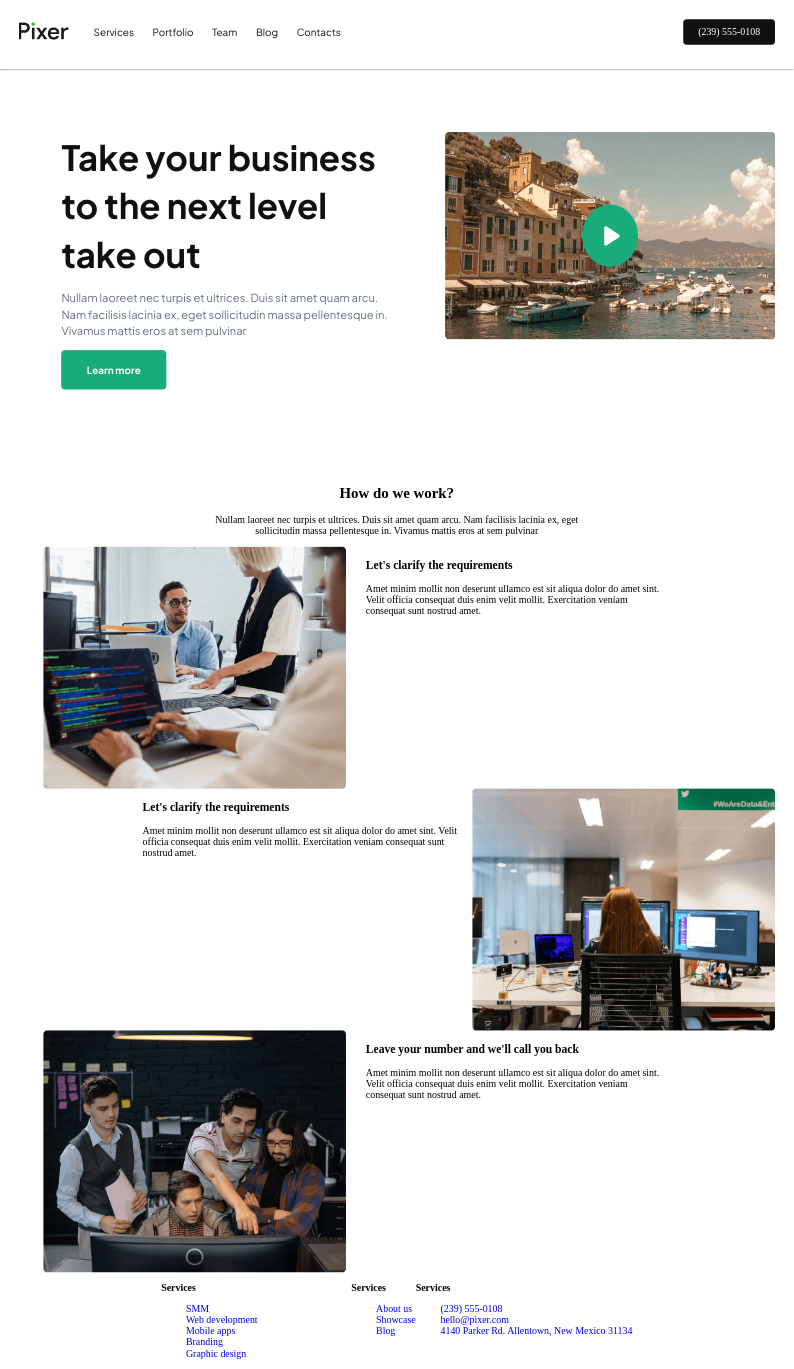
Repository: UlugbekAbdurasulov/pixar
Page: index.html
These files come from the project's save history. The page is drawn as it stood at one moment and after the next save; the edit follows.
The browser window is 1280 px wide. The pictures show the whole page, at 62% of full size.

Above is the page before, as saved 2023-06-05 02:11:26.

### index.html
<!DOCTYPE html>
<html lang="en">
  <head>
    <meta charset="UTF-8" />
    <meta http-equiv="X-UA-Compatible" content="IE=edge" />
    <meta name="viewport" content="width=device-width, initial-scale=1.0" />

    <link rel="stylesheet" href="./css/main.css" />
    <title>Imthon</title>
  </head>
  <body>
    <header class="navbar">
      <div class="container">
        <div class="navbar-box">
          <div class="navvar-right">
            <a href="#"
              ><img
                src="./image/logo.svg"
                width="81"
                height="28"
                alt="pixer campaign lagatip"
            /></a>

            <nav class="navbar-naving">
              <ul class="navvar-helper">
                <li class="navbar-menu">
                  <a class="navbar-menu-link" href="#"><p>Services</p></a>
                </li>
                <li class="navbar-menu">
                  <a class="navbar-menu-link" href="#"><p>Portfolio</p></a>
                </li>
                <li class="navbar-menu">
                  <a class="navbar-menu-link" href="#"><p>Team</p></a>
                </li>
                <li class="navbar-menu">
                  <a class="navbar-menu-link" href="#"><p>Blog</p></a>
                </li>
                <li class="navbar-menu">
                  <a class="navbar-menu-link" href="#"><p>Contacts</p></a>
                </li>
              </ul>
            </nav>
          </div>
          <div class="navbar-link">
            <a class="navbar-enker" href="tel:2395550108">(239) 555-0108 </a>
          </div>
        </div>
      </div>
    </header>
    <hr />


        <div class="container">
            <div  class="hero">
                <div class="hero-wrapper">
                    <div class="hero-wrapper-information">
                        <h1 class="hero-wrapper-footer">
                            Take your   business to the next level take out
                        </h1>
                        <p class="hero-wrapper-text">
                            Nullam laoreet nec turpis et ultrices. Duis sit amet quam arcu. Nam facilisis lacinia ex, eget sollicitudin massa pellentesque in. Vivamus mattis eros at sem pulvinar
                        </p>
                       <a class="hero-wrapper-enker" href="#">Learn more</a>
                    </div>
                    <img src="./image/You-Tube.png" width="532" height="334" alt="">
                </div>
            </div>
</div>
    </menu>
    <section>
    <!-- text -->
    </section>


  <section>
    <div class="container">

      <div class="Services">
        <h2>How do we work?</h2>
        <p>Nullam laoreet nec turpis et ultrices. Duis sit amet quam arcu. Nam facilisis lacinia ex, eget sollicitudin massa pellentesque in. Vivamus mattis eros at sem pulvinar</p>
      </div>
   <ul>
    <li class="services-work"><img src="./image/lissining.png" alt=""> <div class="Services-cantent"><h3>Let's clarify the requirements</h3> <p> Amet minim mollit non deserunt ullamco est sit aliqua dolor do amet sint. Velit officia consequat duis enim velit mollit. Exercitation veniam consequat sunt nostrud amet. </p></div></li>
    <li class="services-work roower"><img src="./image/work.png" alt=""> <div class="Services-cantent cantent"><h3>Let's clarify the requirements</h3> <p> Amet minim mollit non deserunt ullamco est sit aliqua dolor do amet sint. Velit officia consequat duis enim velit mollit. Exercitation veniam consequat sunt nostrud amet. </p></div></li>
    <li class="services-work"><img src="./image/team.png" alt=""> <div class="Services-cantent"><h3>Leave your number and we'll call you back</h3> <p> Amet minim mollit non deserunt ullamco est sit aliqua dolor do amet sint. Velit officia consequat duis enim velit mollit. Exercitation veniam consequat sunt nostrud amet. </p></div></li>
   </ul>
    </div>
  </section>

  <footer>


      <div class="sayt-footer-start">

        <div class="container">
<div class="sayt-footer-start-box">
  <div class="sayt-footer-start-services">
    <strong>Services</strong>
    <ul>
      <li><a href="#"> SMM </a></li>
      <li><a href="#"> Web development</a></li>
      <li><a href="#"> Mobile apps </a></li>
      <li><a href="#"> Branding </a></li>
      <li><a href="#"> Graphic design </a></li>
    </ul>

  </div>
  <div class="sayt-footer-start-Resources">
    <strong>Services</strong>
    <ul>
      <li><a href="#">About us</a></li>
      <li><a href="#">Showcase</a></li>
      <li><a href="#">Blog</a></li>
    </ul>

  </div>

  <div class="sayt-footer-start-Connect">
    <strong>Services</strong>
    <ul>
      <li><a href="#">(239) 555-0108</a></li>
      <li><a href="#">hello@pixer.com</a></li>
      <li><a href="#">4140 Parker Rd. Allentown, New Mexico 31134</a></li>

    </ul>

  </div>
<!-- </div> -->

        </div>

      </div>
      <div class="sayt-footer-bottom">
        <div class="container"></div>
      </div>

  </footer>
  </body>
</html>

### css/main.css
/* plus-jakarta-sans-regular - latin */
@font-face {
  font-display: swap; /* Check https://developer.mozilla.org/en-US/docs/Web/CSS/@font-face/font-display for other options. */
  font-family: "Plus Jakarta Sans";
  font-style: normal;
  font-weight: 400;
  src: url("../fontFamly/plus-jakarta-sans-v7-latin-regular.woff2")
      format("woff2"),
    /* Chrome 36+, Opera 23+, Firefox 39+, Safari 12+, iOS 10+ */
      url("../fontFamly/plus-jakarta-sans-v7-latin-regular.woff") format("woff"); /* Chrome 5+, Firefox 3.6+, IE 9+, Safari 5.1+, iOS 5+ */
}

@font-face {
  font-display: swap; /* Check https://developer.mozilla.org/en-US/docs/Web/CSS/@font-face/font-display for other options. */
  font-family: "Plus Jakarta Sans";
  font-style: italic;
  font-weight: 500;
  src: url("../fontFamly/plus-jakarta-sans-v7-latin-500italic.woff2")
      format("woff2"),
    /* Chrome 36+, Opera 23+, Firefox 39+, Safari 12+, iOS 10+ */
      url("../fontFamly/plus-jakarta-sans-v7-latin-500italic.woff")
      format("woff"); /* Chrome 5+, Firefox 3.6+, IE 9+, Safari 5.1+, iOS 5+ */
}

@font-face {
  font-display: swap; /* Check https://developer.mozilla.org/en-US/docs/Web/CSS/@font-face/font-display for other options. */
  font-family: "Plus Jakarta Sans";
  font-style: normal;
  font-weight: 600;
  src: url("../fontFamly/plus-jakarta-sans-v7-latin-600.woff2") format("woff2"),
    /* Chrome 36+, Opera 23+, Firefox 39+, Safari 12+, iOS 10+ */
      url("../fontFamly/plus-jakarta-sans-v7-latin-600.woff") format("woff"); /* Chrome 5+, Firefox 3.6+, IE 9+, Safari 5.1+, iOS 5+ */
}

@font-face {
  font-display: swap; /* Check https://developer.mozilla.org/en-US/docs/Web/CSS/@font-face/font-display for other options. */
  font-family: "Plus Jakarta Sans";
  font-style: normal;
  font-weight: 700;
  src: url("../fontFamly/plus-jakarta-sans-v7-latin-700.woff2") format("woff2"),
    /* Chrome 36+, Opera 23+, Firefox 39+, Safari 12+, iOS 10+ */
      url("../fontFamly/plus-jakarta-sans-v7-latin-700.woff") format("woff"); /* Chrome 5+, Firefox 3.6+, IE 9+, Safari 5.1+, iOS 5+ */
}

* {
  box-sizing: border-box;
  text-decoration: none;
  list-style: none;
}
body {
  margin: 0;
  padding: 0;
  background-color: #fff;
}
.container {
  width: 1260px;
  margin: 0px auto;
  padding: 0 20px;
}
.navbar-box {
  padding-top: 24px;
  padding-bottom: 24px;
  display: flex;
  justify-content: space-between;
  align-items: center;
  margin: 0;
}

.navvar-right {
  display: flex;
  justify-content: center;
  align-items: center;
  margin: 0;
}
.navvar-helper {
  display: flex;
  margin: 0;
}
.navbar-menu {
  margin-right: 30px;
}
.navbar-enker {
  color: #fff;
  margin: auto right;
  background: #101010;
  border-radius: 6px;
  padding: 12px 24px;
  margin-top: 24px;
}
.navbar-menu-link :hover {
  color: #1aab7b;
}
.navbar-menu-link :active {
  color: #1aab7b;
}

.hr {
  background: #ffffff;
  border-bottom: 1px solid #eeeef4;
}
.hero {
  padding-top: 91px;
  padding-bottom: 156px;
}
.hero-wrapper {
  display: flex;
  justify-content: space-between;
  margin: 0;
}
.hero-wrapper-information {
  width: 550px;
  margin: 0 auto;
}

.hero-wrapper-footer {
  font-family: "Plus Jakarta Sans";
  font-style: normal;
  font-weight: 700;
  font-size: 56px;
  line-height: 140%;
  color: #101010;
  margin: 0;
}
.hero-wrapper-text {
  font-family: "Plus Jakarta Sans";
  font-style: normal;
  font-weight: 400;
  font-size: 18px;
  line-height: 150%;
  color: #636f87;

  margin-bottom: 40px;
}

/* .navbar-link{
        margin: 0 auto;
        padding-top: 24px;
    } */
.navbar-menu-link {
  font-family: "Plus Jakarta Sans";
  font-style: normal;
  font-weight: 500;
  font-size: 16px;
  line-height: 150%;

  color: #101010;
}
.hero-wrapper-enker {
  font-family: "Plus Jakarta Sans";
  font-style: normal;
  font-weight: 700;
  font-size: 16px;
  line-height: 120%;

  text-align: center;
  padding: 20px 40px;
  color: #fff;
  border: 1px #1aab7b solid;
  background-color: #1aab7b;
  border-radius: 6px;
}

.hero-wrapper-enker:hover {
  background: #ffffff;
  border: 1.5px solid #1aab7b;
  border-radius: 6px;
  color: #1aab7b;
}
.hero-wrapper-enker :active {
  background-color: #1aab7b;
  opacity: 0.7;
  color: #fff;
}

.Services{
    width: 650px;
    /* margin: 0 auto; */

 margin: 0 auto;
text-align: center;
}
.services-work{
  display: flex;
}
.Services-cantent{
width: 488px;
margin-left: 32px;
}
.roower{
  flex-direction: row-reverse;
}
.cantent{
  width: 532px;
}
.sayt-footer-start-box{
  display: flex;
  justify-content: center;

}
.sayt-footer-start-services{
  margin-right: 151px;
}
.sayt-footer-start-Connect{
  margin: auto right;
}

### image/logo.svg
<svg width="81" height="28" viewBox="0 0 81 28" fill="none" xmlns="http://www.w3.org/2000/svg">
<path d="M0 27.3919V0.303287H9.34316C10.5077 0.295204 11.664 0.499932 12.7556 0.907471C13.7897 1.29072 14.742 1.86772 15.5618 2.6078C16.3947 3.36821 17.057 4.29789 17.5046 5.3351C17.9523 6.3723 18.175 7.49328 18.158 8.62358C18.1698 9.74744 17.9445 10.8611 17.497 11.8913C17.0496 12.9215 16.39 13.8449 15.5618 14.6008C14.7422 15.3412 13.7899 15.9182 12.7556 16.3011C11.6648 16.7088 10.5093 16.9139 9.34542 16.9065H4.25674V27.3862L0 27.3919ZM9.45604 12.8257C10.1017 12.8382 10.7431 12.7171 11.34 12.4697C11.8662 12.2485 12.3409 11.92 12.7341 11.5051C13.1055 11.1105 13.3993 10.649 13.5999 10.1448C13.7961 9.66446 13.8984 9.15069 13.9013 8.63152C13.8979 7.55157 13.4798 6.51456 12.7341 5.73642C12.3077 5.30129 11.7976 4.95789 11.2348 4.72715C10.672 4.49641 10.0684 4.38315 9.46056 4.39429H4.25674V12.8302L9.45604 12.8257Z" fill="#191919"/>
<path d="M21.4734 8.85371V27.3919H25.6556V8.85371H21.4734Z" fill="#191919"/>
<path d="M26.3611 2.83451C26.3674 3.20623 26.2989 3.57538 26.1598 3.91992C26.0208 4.26446 25.814 4.57731 25.5518 4.83977C25.2975 5.10879 24.9903 5.32169 24.6496 5.46494C24.3089 5.60819 23.9422 5.67864 23.573 5.6718V0.000627874C23.9422 -0.00592918 24.3088 0.0646457 24.6494 0.207876C24.9901 0.351106 25.2973 0.563865 25.5518 0.832657C25.8134 1.09484 26.0199 1.40716 26.1589 1.75105C26.2979 2.09495 26.3667 2.4634 26.3611 2.83451Z" fill="#35AF39"/>
<path d="M23.5696 0.000636352V5.67521C23.1955 5.68389 22.8238 5.61441 22.4779 5.47118C22.132 5.32795 21.8195 5.11409 21.5603 4.84318C21.2969 4.58076 21.0891 4.26751 20.9494 3.92231C20.8097 3.5771 20.7411 3.20708 20.7475 2.83452C20.7422 2.46314 20.8114 2.09449 20.9511 1.75055C21.0907 1.40662 21.2979 1.09445 21.5603 0.832666C21.8199 0.562198 22.1324 0.34864 22.4782 0.205443C22.824 0.0622456 23.1956 -0.00748732 23.5696 0.000636352Z" fill="#35AF39"/>
<path d="M34.8486 17.9709L28.481 8.85371H33.3417L37.3343 14.7176H37.4471L41.1722 8.85371H46.2203L39.7781 17.9709L46.3331 27.3919H41.3664L37.3726 21.3387H37.2598L33.2999 27.3919H28.3681L34.8486 17.9709Z" fill="#191919"/>
<path d="M65.2893 22.9653C64.4947 24.4194 63.3552 25.654 61.9717 26.5598C60.5419 27.5196 58.7843 27.9995 56.699 27.9995C55.3882 28.0133 54.088 27.7623 52.8757 27.2615C51.7354 26.7889 50.7032 26.0872 49.8426 25.1996C48.9783 24.302 48.2996 23.2413 47.8458 22.0789C47.3571 20.8192 47.1142 19.4769 47.1301 18.1251C47.1227 16.8268 47.3523 15.5382 47.8074 14.3231C48.2358 13.1637 48.8815 12.0975 49.7094 11.182C50.5737 10.2405 51.6261 9.49271 52.7979 8.98757C53.9696 8.48244 55.2344 8.23133 56.5094 8.25066C57.9392 8.25066 59.214 8.49022 60.3338 8.96934C61.4151 9.42349 62.3856 10.1076 63.1784 10.9746C63.9808 11.8743 64.5899 12.9305 64.9676 14.0771C65.3926 15.3558 65.6028 16.6966 65.5895 18.0446V18.3846C65.5654 18.4964 65.5526 18.6104 65.5512 18.7247C65.5266 18.8237 65.514 18.9253 65.5139 19.0274H51.3123C51.3651 19.8327 51.583 20.6185 51.9524 21.3353C52.2761 21.9571 52.7174 22.5096 53.2516 22.9619C53.7568 23.3856 54.3391 23.7067 54.9663 23.9073C55.562 24.1045 56.1847 24.2066 56.8119 24.21C58.016 24.21 59.0082 23.9202 59.7886 23.3405C60.5665 22.7601 61.2192 22.0274 61.7075 21.1868L65.2893 22.9653ZM61.4073 15.8149C61.3409 15.3791 61.2207 14.9534 61.0495 14.5476C60.85 14.0652 60.5555 13.6284 60.1837 13.2632C59.7461 12.8402 59.2354 12.5006 58.6767 12.2612C58.0619 11.9838 57.315 11.8452 56.436 11.8452C55.2319 11.8452 54.1957 12.2045 53.3273 12.9232C52.4588 13.6418 51.8749 14.6057 51.5753 15.8149H61.4073Z" fill="#191919"/>
<path d="M68.7547 8.85369H72.7055V11.6536H72.9313C73.1688 11.1616 73.4819 10.7102 73.8591 10.316C74.247 9.89965 74.6912 9.54019 75.1787 9.24817C75.6682 8.95657 76.186 8.71577 76.7241 8.5295C77.226 8.34898 77.7544 8.25397 78.2875 8.24837C78.8074 8.23859 79.3264 8.29612 79.8317 8.41954C80.2394 8.52653 80.632 8.68498 81 8.8911L79.7944 12.7123C79.4992 12.5808 79.1891 12.4856 78.8711 12.4289C78.4668 12.3607 78.0573 12.3288 77.6474 12.3337C77.0015 12.3262 76.3626 12.4698 75.7815 12.7531C75.2163 13.0321 74.7108 13.4195 74.2937 13.8935C73.8555 14.3945 73.5168 14.9752 73.2959 15.604C73.0551 16.2746 72.9339 16.9826 72.938 17.6954V27.3918H68.7614L68.7547 8.85369Z" fill="#191919"/>
</svg>

After the next save:
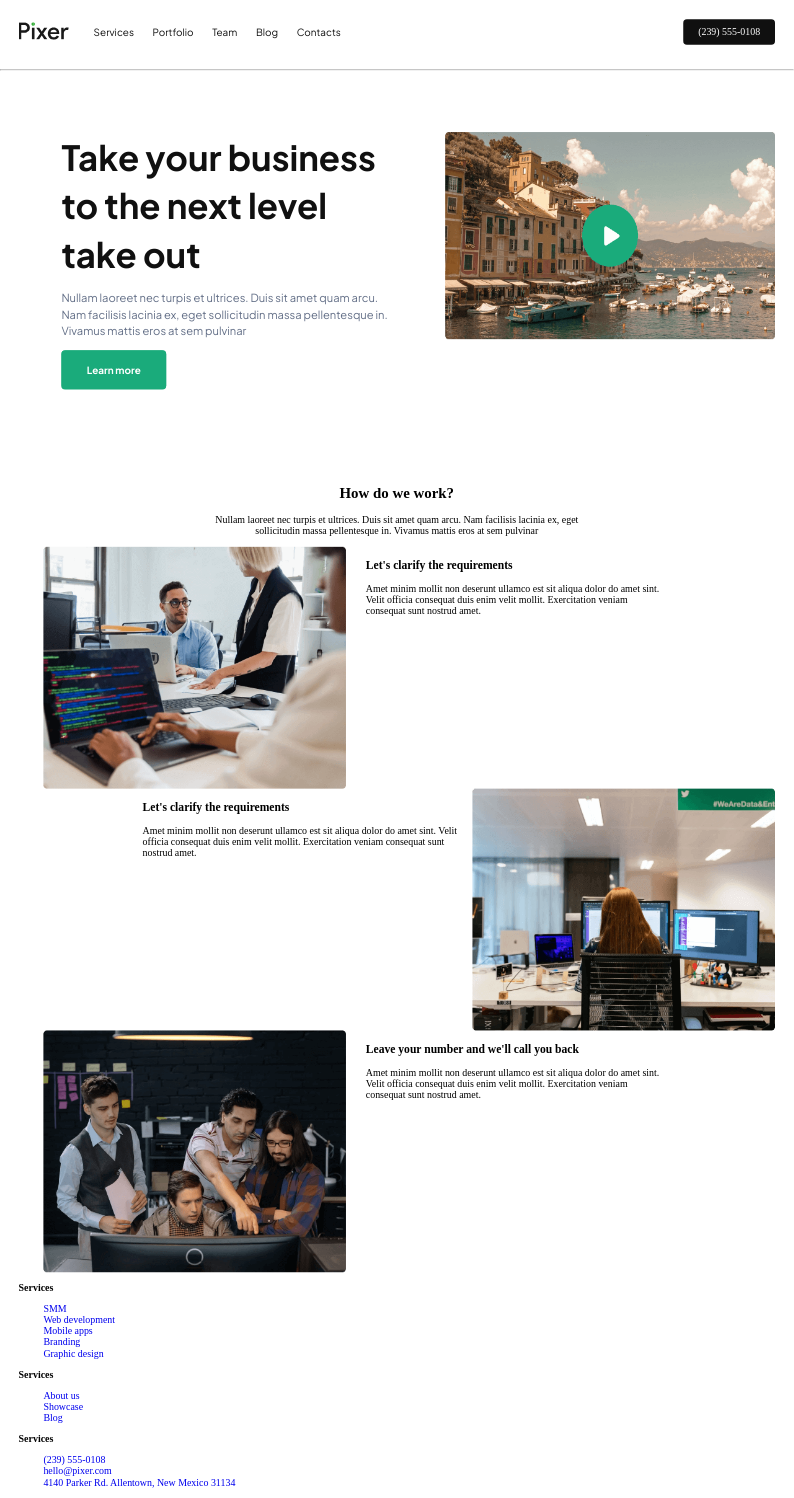
Saved 6 s later.
--- a/index.html
+++ b/index.html
@@ -93,7 +93,7 @@
       <div class="sayt-footer-start">
 
         <div class="container">
-<div class="sayt-footer-start-box">
+<!-- <div class="sayt-footer-start-box"> -->
   <div class="sayt-footer-start-services">
     <strong>Services</strong>
     <ul>

After the 2 saves that followed:
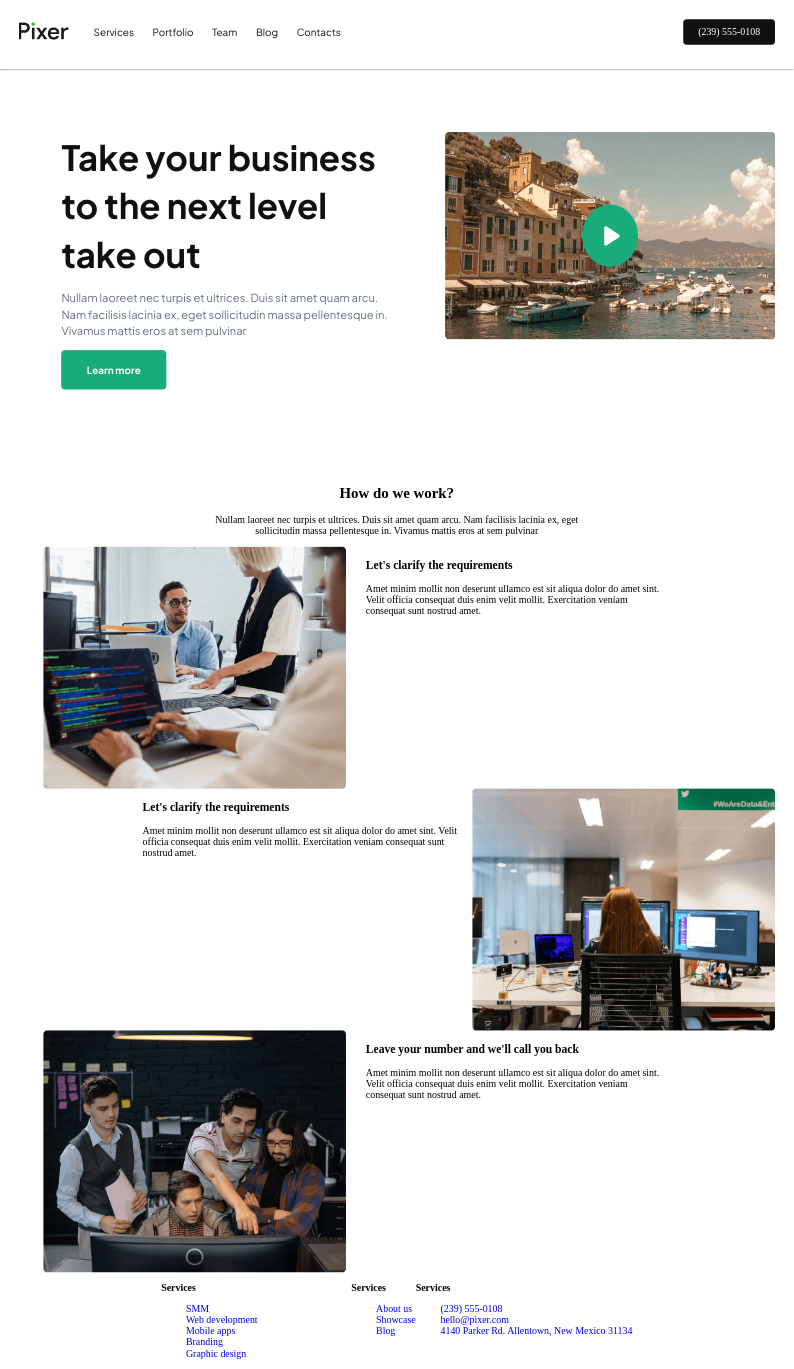
The 2 saves are shown as one change because they came seconds apart.
The last was saved 11 s later.
--- a/index.html
+++ b/index.html
@@ -93,7 +93,7 @@
       <div class="sayt-footer-start">
 
         <div class="container">
-<!-- <div class="sayt-footer-start-box"> -->
+<div class="sayt-footer-start-box">
   <div class="sayt-footer-start-services">
     <strong>Services</strong>
     <ul>
@@ -125,7 +125,7 @@
     </ul>
 
   </div>
-<!-- </div> -->
+</div>
 
         </div>
 
